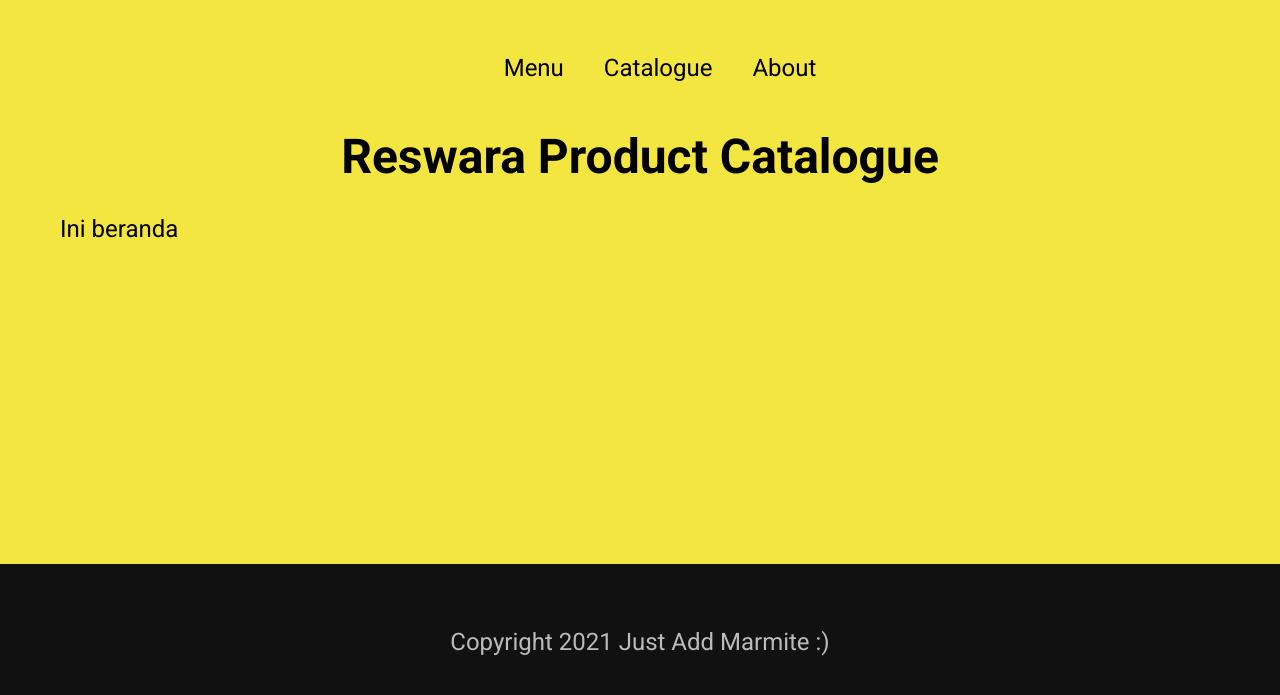
Repository: Fauzaanmhmd/Skripsi
Page: /
The author's editor kept a copy of each file at every save. The page is drawn from the files as they stood at one save, then again after the next save.
The browser window is 1280 px wide. The pictures show the whole page.
The project was rebuilt for these pictures with package versions that can differ from the ones it lists, and the page was loaded fresh each time. The framework's server and built-in components were replaced by stand-ins that run in the browser. Also part of the build but not shown: next.config.js.

Above is the page before, as saved 2021-05-24 21:29:38.

After the next save:
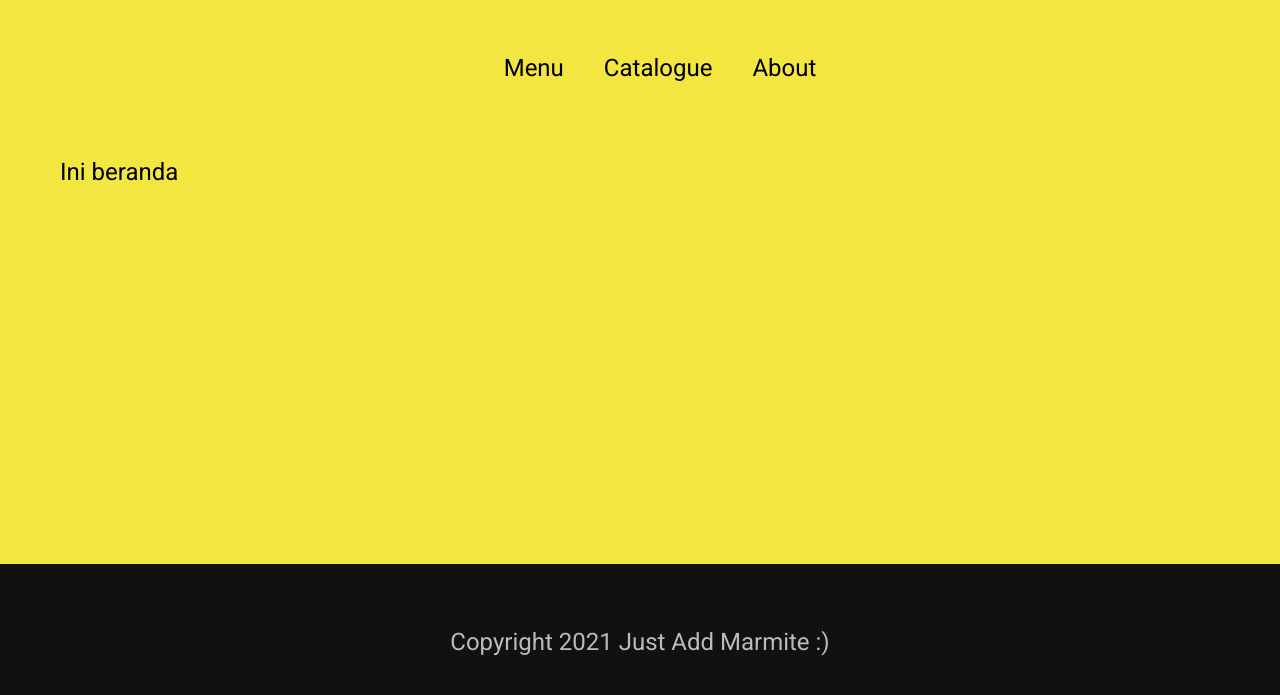
Saved 4 min 29 s later.
--- a/components/Navbar.js
+++ b/components/Navbar.js
@@ -3,7 +3,6 @@ import Link from 'next/link'
 const Navbar = props => {
     return (
         <div className="navbar">
-            <h1 className="zoom">Reswara Product Catalogue</h1>
             <ul className="navbar_menu">
                 <Link href="/">
                     <li className="zoom">Menu</li>
